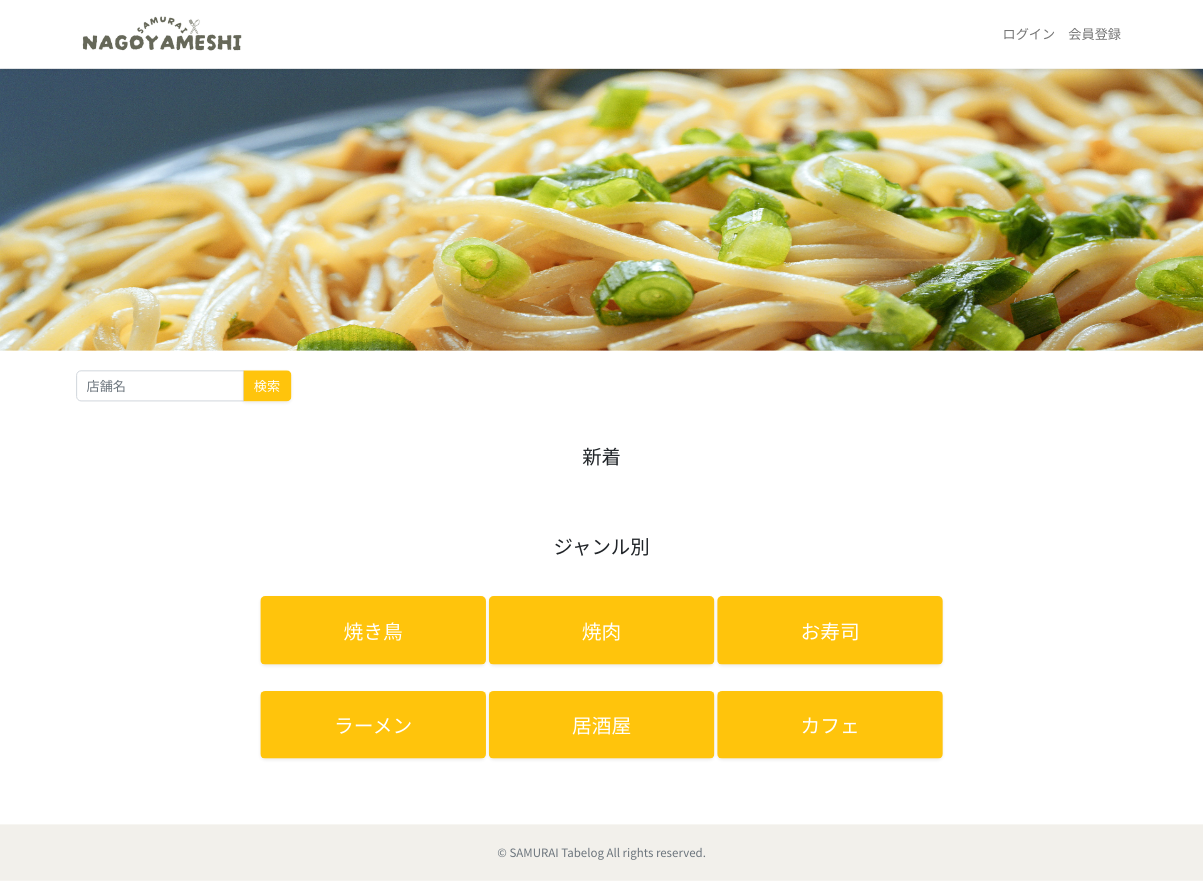
Repository: Mofu-Ya/springboot-tabelog-kadai
Page: http://localhost/index
These files come from the project's save history. The page is drawn as it stood at one moment and after the next save; the edit follows.
The browser window is 1280 px wide. The pictures show the whole page, at 94% of full size.
The page is this project's Thymeleaf template; nobody is signed in. The template is opened directly, without the code that normally fills it, so the values that code supplies are empty.

Above is the page before, as saved 2025-01-19 12:54:20.

After the next save:
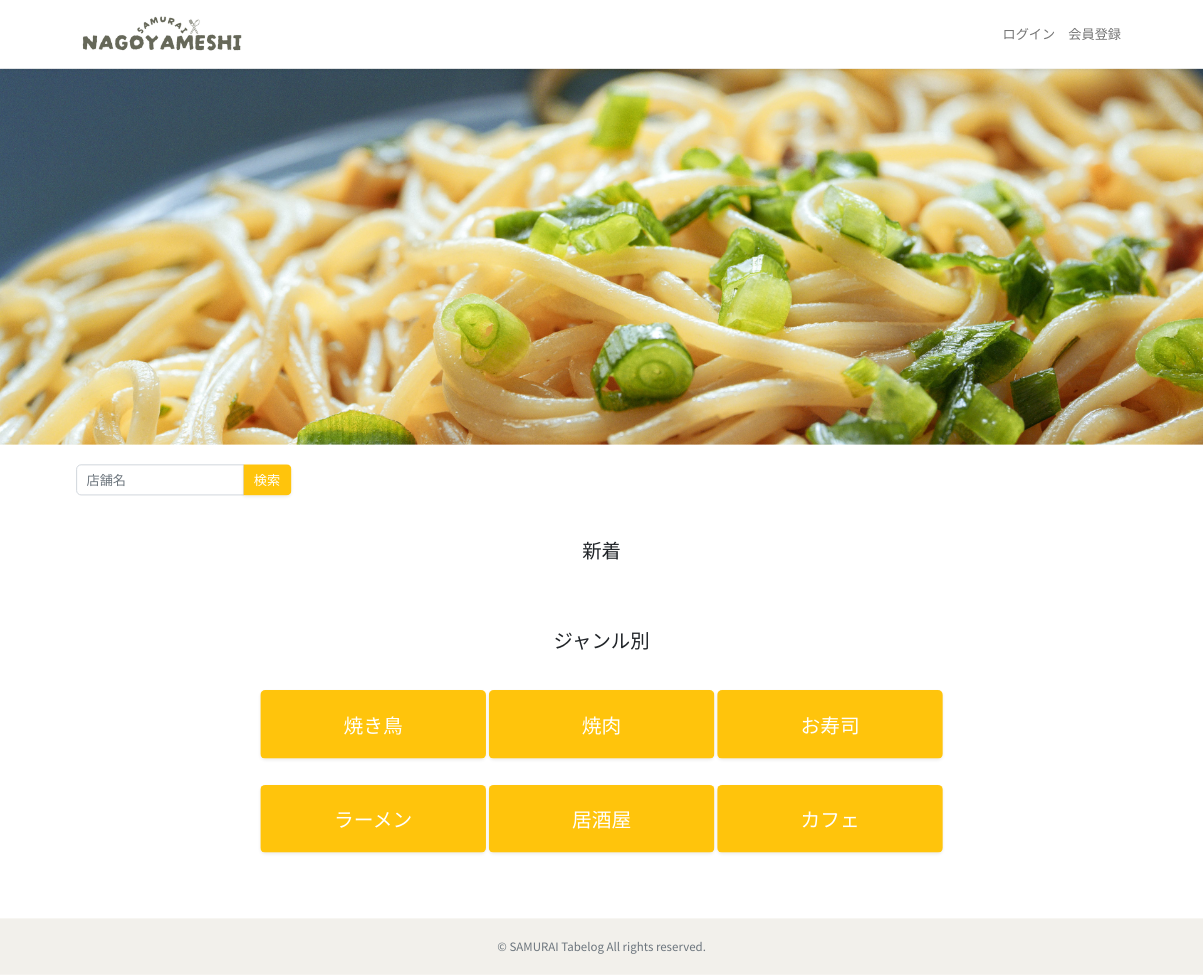
Saved 42 s later.
--- a/kadai_002/samuraitabelog/src/main/resources/static/css/style.css
+++ b/kadai_002/samuraitabelog/src/main/resources/static/css/style.css
@@ -53,7 +53,8 @@ footer {
 
 .samuraitabelog-header-photo {
   width: 100%;
-  height: 300px;
+/*  height: 300px;  */
+  height: fit-content;
 }
 
 .samuraitabelog-image-size {
